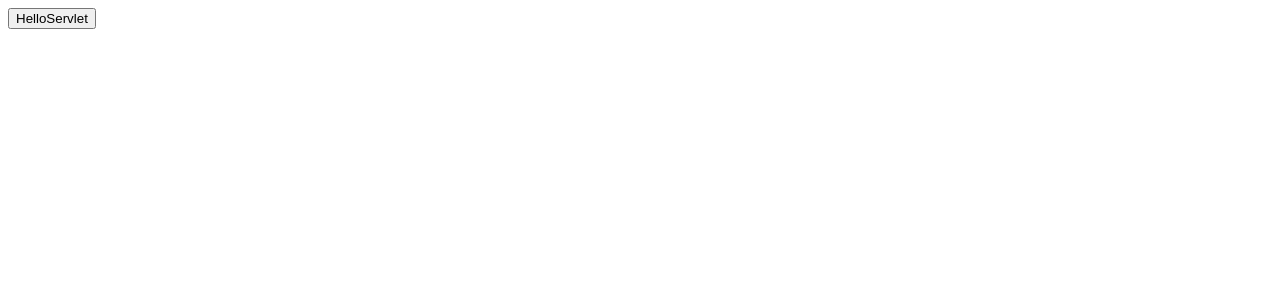
Repository: b1116248/test
Page: http://localhost/HelloServlet/
An editor plug-in stored every save of this project. The page is shown before and after the next save, followed by the edit.
The browser window is 1280 px wide. The pictures show the whole page.
The page is served by Tomcat 9.

Above is the page before, as saved 2018-07-03 06:48:38.

After the next save:
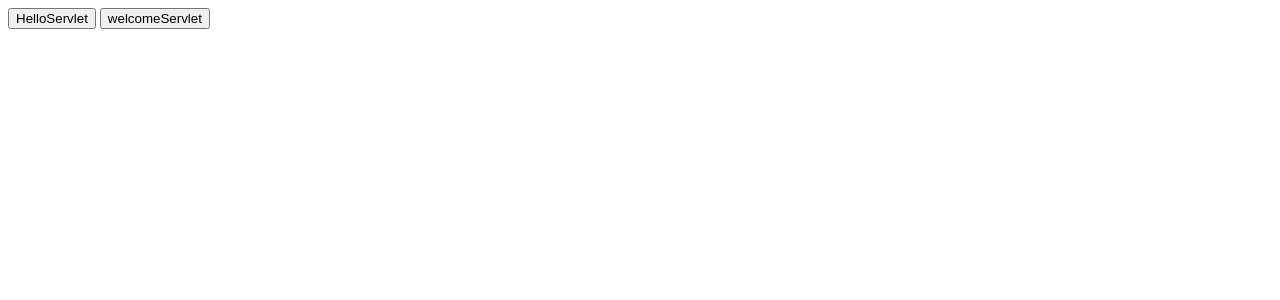
Saved 36 min 55 s later.
--- a/HelloServlet/WebContent/index.jsp
+++ b/HelloServlet/WebContent/index.jsp
@@ -8,6 +8,7 @@
 </head>
 <body>
 <input type="button" value="HelloServlet" onClick="location.href='HelloServlet'">
+<input type="button" value="welcomeServlet" onClick="location.href='welcome.jsp'">
 
 </body>
 </html>
